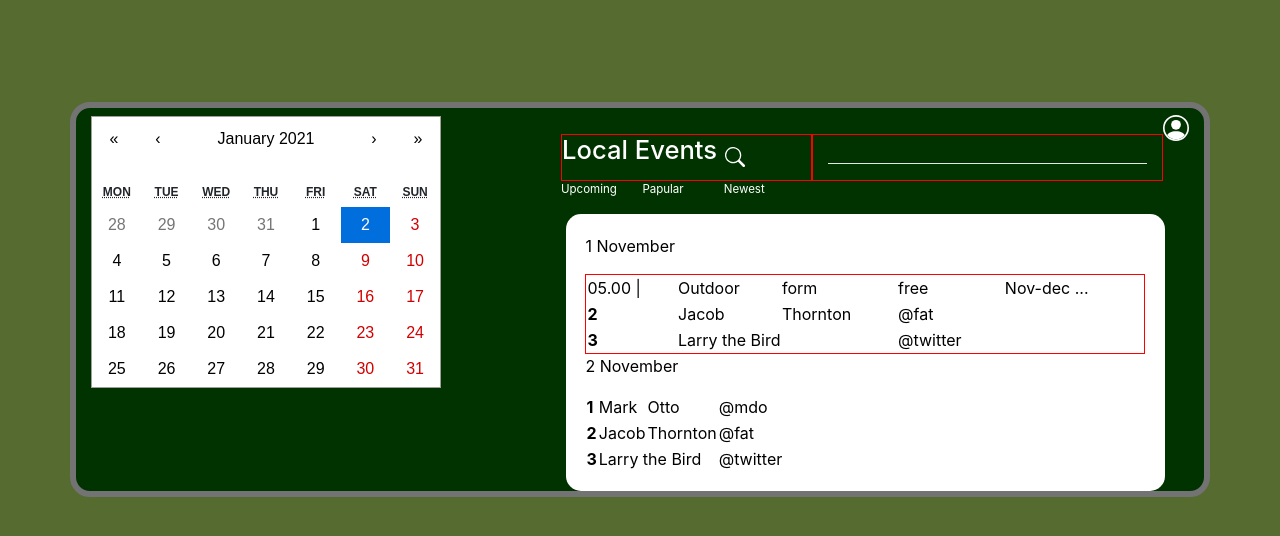
Repository: lalji-yadav/Calendar-code
Page: /
The author's editor kept a copy of each file at every save. The page is drawn from the files as they stood at one save, then again after the next save.
The browser window is 1280 px wide. The pictures show the whole page.
The project was rebuilt for these pictures with package versions that can differ from the ones it lists, and the page was loaded fresh each time. Also part of the build but not shown: src/App.css.

Above is the page before, as saved 2021-01-04 10:54:14.

### src/App.js
import logo from './logo.svg';
import './App.css';
import MyApp from './calendar/calendar'
import Home from "./calendar/Home";

function App() {
  return (
    <div>
      <header>

        <Home />

      </header>
    </div>
  );
}

export default App;

### src/calendar/calendar.js
import React, { useState } from 'react';
import 'react-calendar/dist/Calendar.css';
import Calendar from 'react-calendar';

function MyApp() {
  const [value, onChange] = useState(new Date());

  return (
    <div>
      <Calendar
        onChange={onChange}
        value={value}
      />
    </div>
  );
}

export default MyApp;

### src/calendar/Home.js
import React from 'react';
import "./Home.css";
import MyApp from "./calendar";

function Home() {

  return (
    <div className="main">
      <div className='container'>
        <div className="row">
          <div className="col-sm-5 calendar">
             <MyApp />
          </div>
          <div className="col-sm-7">

            <div style={{float:"right", paddingTop:"1%"}}>
            <svg xmlns="http://www.w3.org/2000/svg" width="26" height="26" fill="white" class="bi bi-person-circle" viewBox="0 0 16 16">
            <path d="M13.468 12.37C12.758 11.226 11.195 10 8 10s-4.757 1.225-5.468 2.37A6.987 6.987 0 0 0 8 15a6.987 6.987 0 0 0 5.468-2.63z"/>
             <path fill-rule="evenodd" d="M8 9a3 3 0 1 0 0-6 3 3 0 0 0 0 6z"/>
             <path fill-rule="evenodd" d="M8 1a7 7 0 1 0 0 14A7 7 0 0 0 8 1zM0 8a8 8 0 1 1 16 0A8 8 0 0 1 0 8z"/>
            </svg>
            </div>

            <div className="row" style={{paddingTop:"4%"}}>
               <div className="col-sm-5" style={{border:"1px solid red"}}>
                 <div className="row">
                 <h1 style={{color:"white", fontSize:"2vw"}}>Local Events </h1>
               <svg  style={{margin:"5% 0% 0% 3%"}} xmlns="http://www.w3.org/2000/svg" width="20" height="20" fill="white" class="bi bi-search" viewBox="0 0 16 16">
               <path d="M11.742 10.344a6.5 6.5 0 1 0-1.397 1.398h-.001c.03.04.062.078.098.115l3.85 3.85a1 1 0 0 0 1.415-1.414l-3.85-3.85a1.007 1.007 0 0 0-.115-.1zM12 6.5a5.5 5.5 0 1 1-11 0 5.5 5.5 0 0 1 11 0z"/>
               </svg>
                 </div>
               </div>
               <div className="col-sm-7" style={{border:"1px solid red", paddingTop:"3%"}}>
               <hr style={{marginTop:"10px"}} />

               </div>

            </div>

            <div className="row">
          <div className="col-sm-5 row" style={{color:"white", fontSize:"0.9vw"}}>
            <div className="col-sm-4">
             <p>Upcoming</p>
            </div>
            <div className="col-sm-4">
              <p>Papular</p>
            </div>
            <div className="col-sm-4">
              <p>Newest</p>
            </div>

             {/* Carosal design  */}
          </div>

          <div className="tablebox">

            <p> 1 November </p>
                <table  style={{width:"100%", border:"1px solid red"}}>

                    <tbody>
                      <tr>
                        <td>05.00 |</td>
                        <td>Outdoor</td>
                        <td>form</td>
                        <td>free</td>
                        <td>Nov-dec ...</td>
                      </tr>
                      <tr>
                        <th scope="row">2</th>
                        <td>Jacob</td>
                        <td>Thornton</td>
                        <td>@fat</td>
                      </tr>
                      <tr>
                        <th scope="row">3</th>
                        <td colspan="2">Larry the Bird</td>
                        <td>@twitter</td>
                      </tr>
                    </tbody>
                  </table>

                  <p> 2 November </p>
                <table>

                    <tbody>
                      <tr>
                        <th scope="row">1</th>
                        <td>Mark</td>
                        <td>Otto</td>
                        <td>@mdo</td>
                      </tr>
                      <tr>
                        <th scope="row">2</th>
                        <td>Jacob</td>
                        <td>Thornton</td>
                        <td>@fat</td>
                      </tr>
                      <tr>
                        <th scope="row">3</th>
                        <td colspan="2">Larry the Bird</td>
                        <td>@twitter</td>
                      </tr>
                    </tbody>
                  </table>
             </div>

        </div>

          </div>

        </div>

      </div>

    </div>
  );
}
export default Home;

### src/calendar/Home.css
.main {
    width: 100%;
    height: 100%;
    position: absolute;
    /* padding: 10% 5% 10% 5%; */
    background-color: darkolivegreen;
}
.container {
    width: 80%;
    /* height: 70%; */
    margin: 8% 10% 8% 10%;
    background-color: #003300;
    border: 6px solid #737373;
    border-radius: 20px;
}
.calendar {
    /* border: 2px solid red; */
    margin-top: 8px;
}
hr {
    color: white;
    width: 100%;
    margin-top: 5em;
    background-color: white;
}
.tablebox {
    margin: 0% 0% 0% 3%;
    padding: 3%;
    width: 91%;
    border-radius: 15px;
    color: black;
    background-color: white;
}

Loaded but not shown: public/index.html (common file); src/index.js (common file); src/index.css (common file); src/reportWebVitals.js (common file)

After the next save:
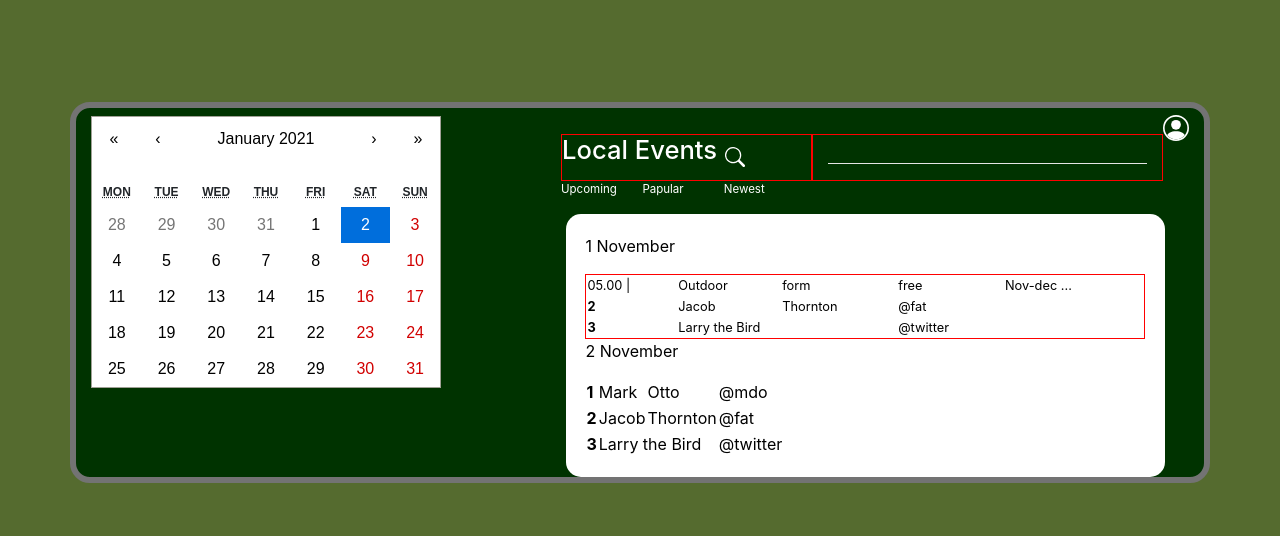
Saved 47 s later.
--- a/src/calendar/Home.js
+++ b/src/calendar/Home.js
@@ -55,7 +55,7 @@ function Home() {
           <div className="tablebox">
 
             <p> 1 November </p>
-                <table  style={{width:"100%", border:"1px solid red"}}>
+                <table  style={{width:"100%", fontSize:"1vw", border:"1px solid red"}}>
 
                     <tbody>
                       <tr>
